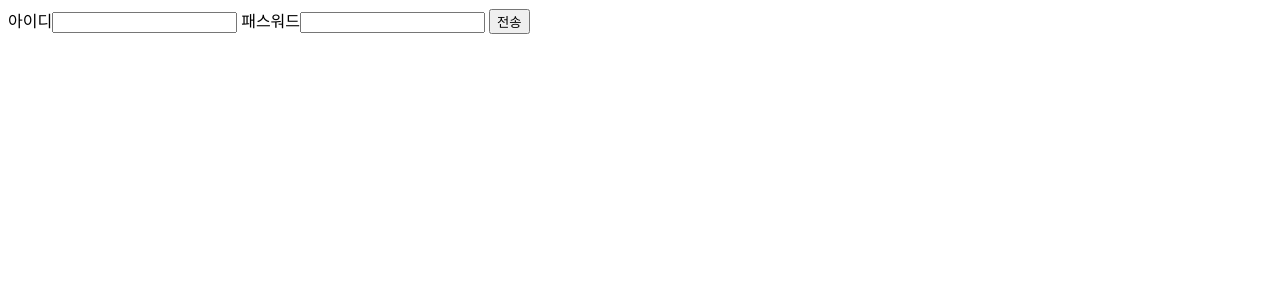
Repository: dron512/jspsogo
Page: http://localhost/ex0316/input.jsp
The author's editor kept a copy of each file at every save. The page is drawn from the files as they stood at one save, then again after a run of saves.
The browser window is 1280 px wide. The pictures show the whole page.
The page is served by Tomcat 9. Other server files are loaded and not shown.

Above is the page before, as saved 2022-03-16 06:29:52.

### jsp_work2-1/ex0316/src/main/webapp/input.jsp
<%@ page language="java" contentType="text/html; charset=UTF-8"
    pageEncoding="UTF-8"%>
<!DOCTYPE html>
<html>
<head>
<meta charset="UTF-8">
<title>Insert title here</title>
</head>
<body>
<form>
	아이디<input type="text" name="id"/>
	패스워드<input type="text" name="pw"/>
	<input type="submit" value="전송"/>
</form>
</body>
</html>

After the next 2 saves:
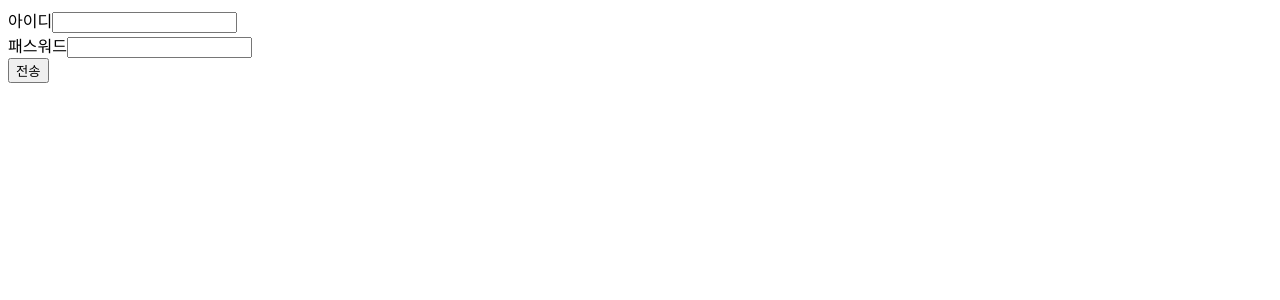
The 2 saves are shown as one change because they came seconds apart.
The last was saved 10 s later.
--- a/jsp_work2-1/ex0316/src/main/webapp/input.jsp
+++ b/jsp_work2-1/ex0316/src/main/webapp/input.jsp
@@ -8,8 +8,8 @@
 </head>
 <body>
 <form>
-	아이디<input type="text" name="id"/>
-	패스워드<input type="text" name="pw"/>
+	아이디<input type="text" name="id"/><br>
+	패스워드<input type="text" name="pw"/><br>
 	<input type="submit" value="전송"/>
 </form>
 </body>
